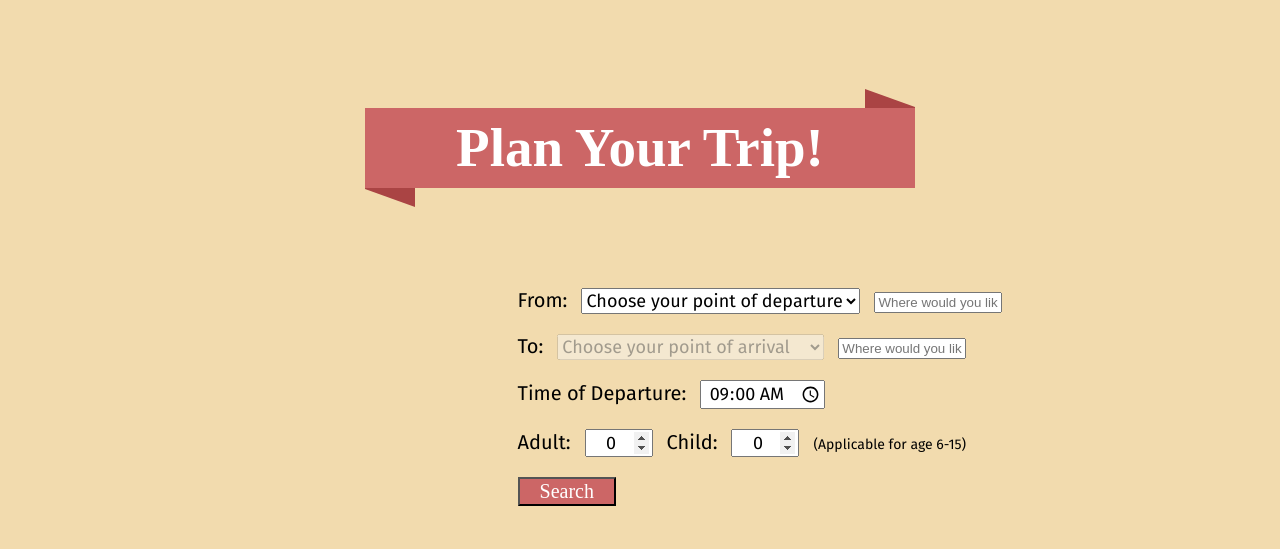
Repository: bbh0607/bae_dNation
Page: public/index.html
The author's editor kept a copy of each file at every save. The page is drawn from the files as they stood at one save, then again after a run of saves.
The browser window is 1280 px wide. The pictures show the whole page.
Some web fonts or font styles are not loaded; a fallback is used.

Above is the page before, as saved 2020-02-01 15:15:19.

After the next 2 saves:
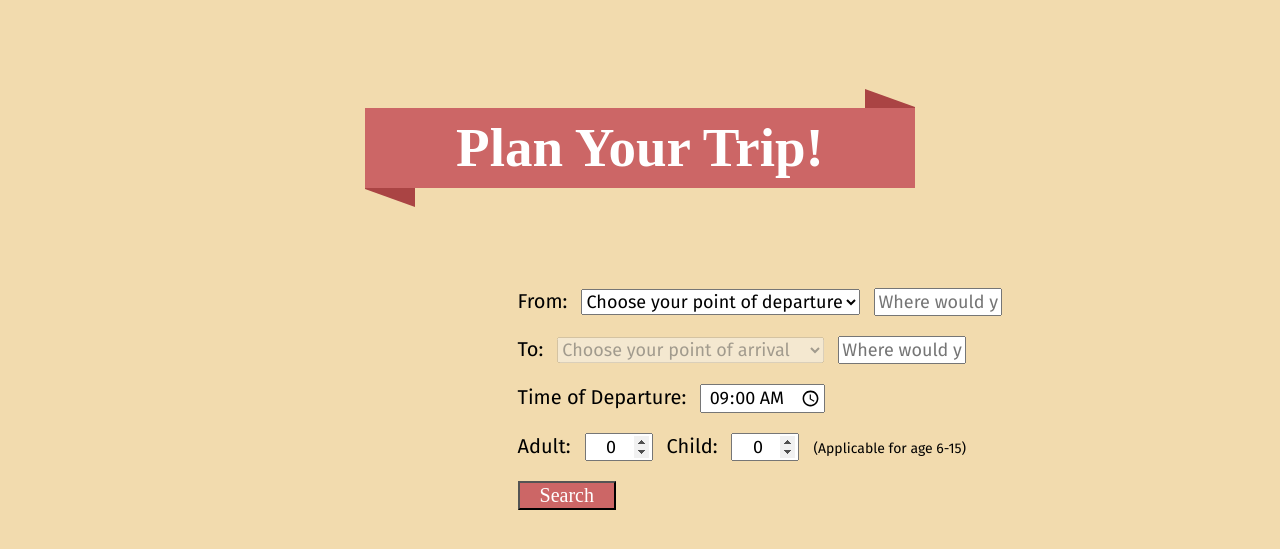
The 2 saves are shown as one change because they came seconds apart.
The last was saved 11 s later.
--- a/public/css/style.css
+++ b/public/css/style.css
@@ -82,7 +82,8 @@ input[type="time"]{
 
 input[type="text"]{
   width: 120px;
-
+  font-family: "Fira Sans", sans-serif;
+  font-size: 18px;
 }
 
 small {
